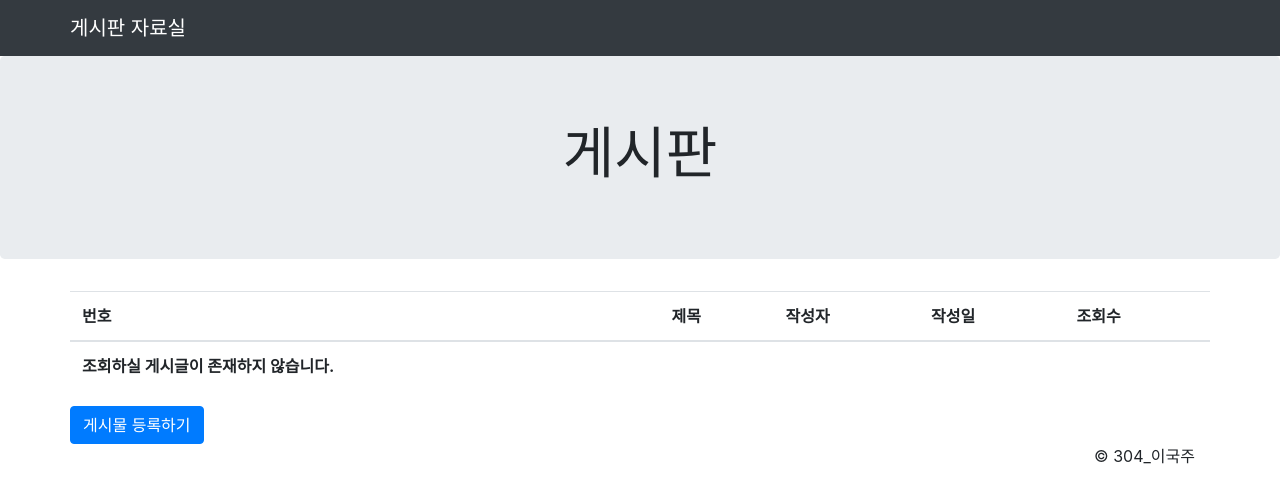
Repository: LeeKukJu/JSP-Study
Page: http://localhost/JSPBook/ch11/totaltest/boardList.jsp
The author's editor kept a copy of each file at every save. The page is drawn from the files as they stood at one save, then again after the next save.
The browser window is 1280 px wide. The pictures show the whole page.
The page is served by Tomcat 9. Nobody is signed in. The application's start-up code is not run.

Above is the page before, as saved 2023-02-04 07:31:45.

After the next save:
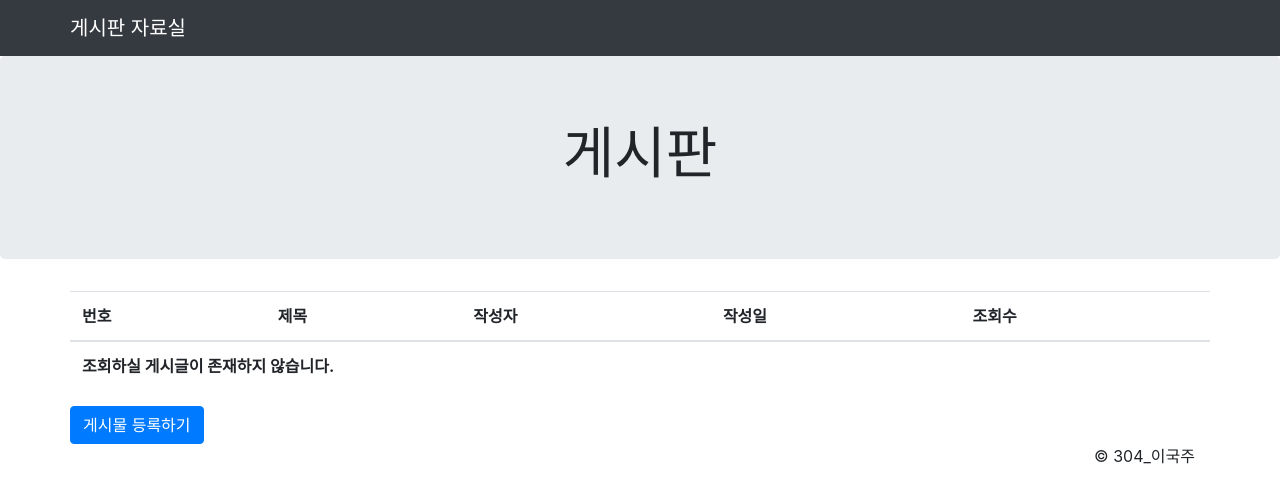
Saved 75 s later.
--- a/JSPBook/WebContent/ch11/totaltest/boardList.jsp
+++ b/JSPBook/WebContent/ch11/totaltest/boardList.jsp
@@ -95,7 +95,7 @@
 						</c:when>
 						<c:otherwise>
 							<tr>
-								<th scope="row">조회하실 게시글이 존재하지 않습니다.</th>
+								<th scope="row" colspan="5">조회하실 게시글이 존재하지 않습니다.</th>
 							</tr>
 						</c:otherwise>
 					</c:choose>
